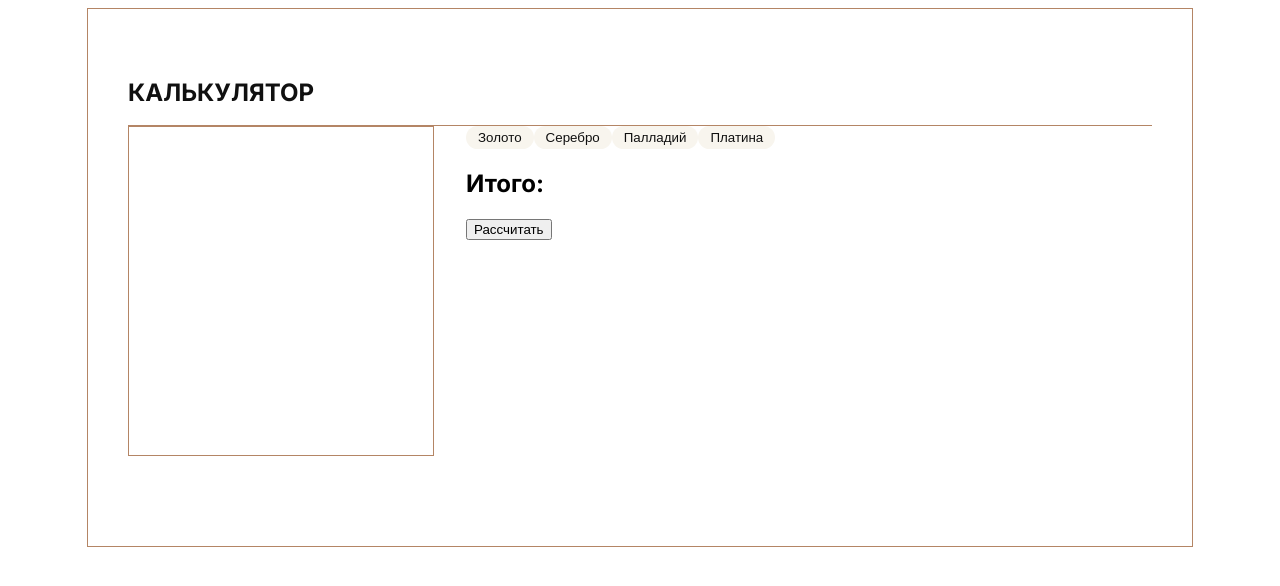
Repository: Kirill2034/Calculator-metal
Page: /
The author's editor kept a copy of each file at every save. The page is drawn from the files as they stood at one save, then again after the next save.
The browser window is 1280 px wide. The pictures show the whole page.
The project was rebuilt for these pictures with package versions that can differ from the ones it lists, and the page was loaded fresh each time.

Above is the page before, as saved 2021-11-27 18:35:00.

After the next save:
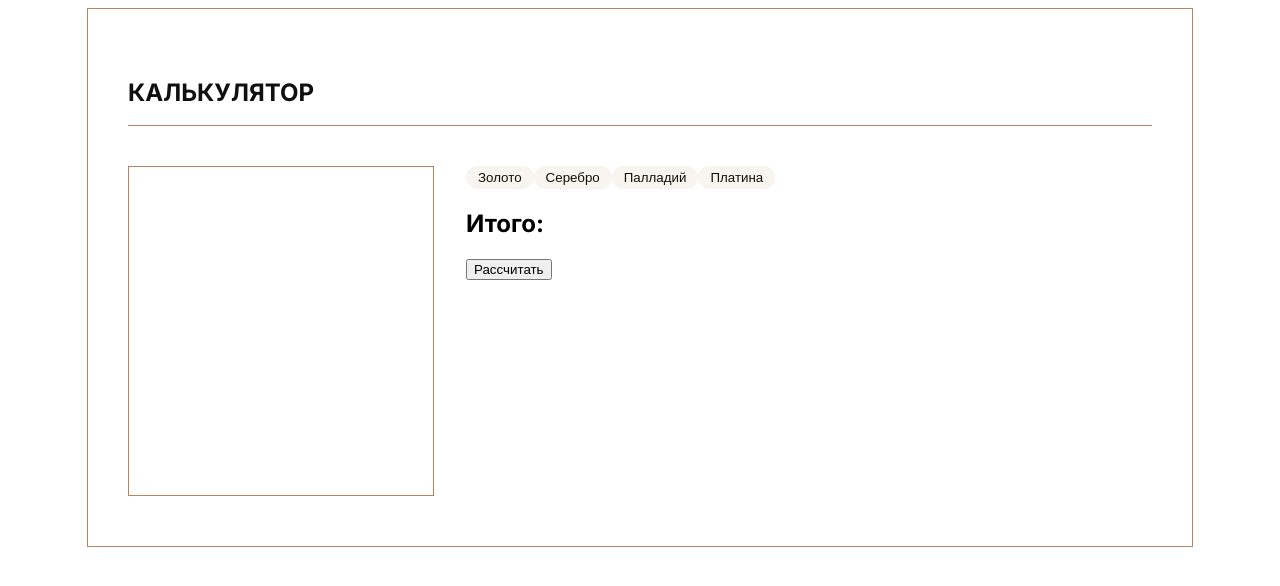
Saved 20 s later.
--- a/src/App.css
+++ b/src/App.css
@@ -1,5 +1,5 @@
 .App {width: 1024px; height: 537px; border: 1px solid #B48565; margin: 0 auto; font-family: 'Inter', sans-serif; padding: 0 40px;}
-.App .title {border-bottom: 1px solid #B48565; text-transform: uppercase; font-weight: 900; font-size: 16px; line-height: 24px; color: #101010; margin-top: 72px;}
+.App .title {border-bottom: 1px solid #B48565; text-transform: uppercase; font-weight: 900; font-size: 16px; line-height: 24px; color: #101010; margin-top: 72px; margin-bottom: 40px;}
 
 .App .calculator {display: flex;}
 .App .calculator .metal-image {width: 304px; height: 328px; border: 1px solid #B48565; margin-right: 32px;}
